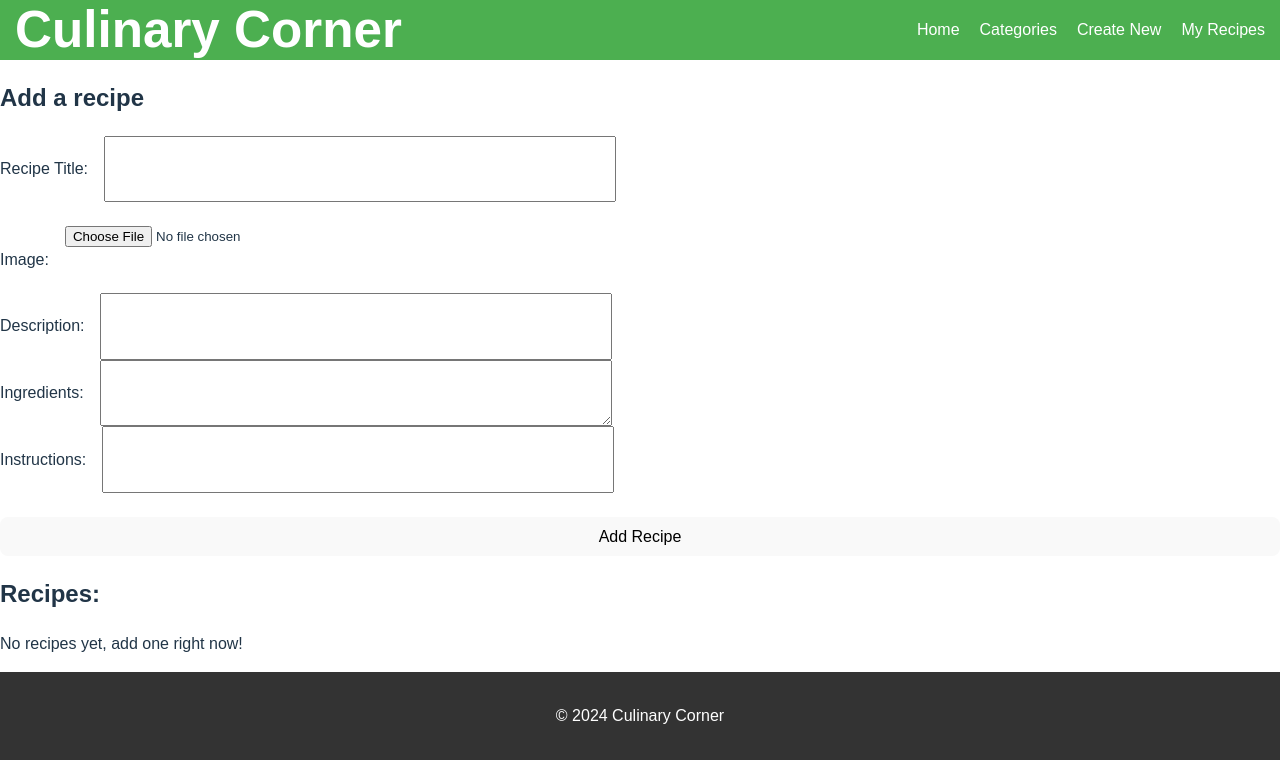
Repository: danielder10/Mon-Jumi-Daniel-FrontEnd-Project
Page: /add-new-recipe
The author's editor kept a copy of each file at every save. The page is drawn from the files as they stood at one save, then again after the next save.
The browser window is 1280 px wide. The pictures show the whole page.
The project was rebuilt for these pictures with package versions that can differ from the ones it lists, and the page was loaded fresh each time. Also part of the build but not shown: vite.config.js, src/Home.jsx, src/Categories.jsx, src/MyRecipes.jsx, src/RecipesDetails.jsx.

Above is the page before, as saved 2024-11-16 01:19:21.

### src/App.jsx
import React, { useState } from 'react';
import { BrowserRouter as Router, Routes, Route } from 'react-router-dom';
import Header from './Header';
import Home, { recipes } from './Home';
import Categories from './Categories';
import MyRecipes from './MyRecipes';
import Footer from './Footer';
import './App.css';
import RecipesDetails from './RecipesDetails';
import AddNewRecipe from './AddNewRecipe';

function App() {
  const [myRecipes, setMyRecipes] = useState([]);

  const addRecipeToMyRecipes = (recipe) => {
    setMyRecipes((prevRecipes) => [...prevRecipes, recipe]);
  };

  const removeRecipeFromMyRecipes = (index) => {
    setMyRecipes((prevRecipes) => prevRecipes.filter((_, i) => i !== index));
  };

  return (
    <Router>
      <div className="App">
        <Header />
        <Routes>
          <Route path="/" element={<Home addRecipeToMyRecipes={addRecipeToMyRecipes} />} />
          <Route path="/categories" element={<Categories />} />
          <Route
            path="/my-recipes"
            element={<MyRecipes myRecipes={myRecipes} removeRecipeFromMyRecipes={removeRecipeFromMyRecipes} />}
          />
          <Route path="/recipe/:id" element={<RecipesDetails recipes={recipes} />} />
          <Route path="/add-new-recipe" element={<AddNewRecipe />} />
        </Routes>
        <Footer />
      </div>
    </Router>
  );
}

export default App;

### src/Header.jsx
import React from 'react';
import { Link } from 'react-router-dom';

function Header() {
  return (
    <header className="header">
      <h1 className="logo">Culinary Corner</h1>
      <nav>
        <ul className="nav-list">
          <li className="nav-item"><Link to="/">Home</Link></li>
          <li className="nav-item"><Link to="/categories">Categories</Link></li>
          <li className="nav-item"><Link to="/add-new-recipe">Create New</Link></li>
          <li className="nav-item"><Link to="/my-recipes">My Recipes</Link></li>
        </ul>
      </nav>
    </header>
  );
}

export default Header;

### src/Footer.jsx
import React from 'react';

function Footer() {
  return (
    <footer>
      <p>&copy; 2024 Culinary Corner</p>
    </footer>
  );
}

export default Footer;

### src/App.css
* {
  box-sizing: border-box;
}

body {
  margin: 0;
  font-family: Arial, sans-serif;
}

.App {
  display: flex;
  flex-direction: column;
  height: 100vh;
  width: 100vw;

}

.header {
  background-color: #4CAF50;
  color: white;
  padding: 15px;
  display: flex;
  justify-content: space-between;
  align-items: center;
  min-height: 60px;
  z-index: 10;
}

.logo {
  margin: 0;
}

.nav-list {
  list-style-type: none;
  margin: 0;
  padding: 0;
  display: flex;
}

.nav-item {
  margin-left: 20px;
}

.nav-item a {
  color: white;
  text-decoration: none;
  transition: color 0.3s;
}

.nav-item a:hover {
  color: #FFC107;
}

.recipe-list {
  display: flex;
  flex-wrap: wrap;
}

.recipe-item {
  margin: 1rem;
  padding: 1rem;
  border: 1px solid #ddd;
}

footer {
  background-color: #333;
  color: white;
  text-align: center;
  padding: 1rem;
  position: relative;
  width: 100%;
  bottom: 0;
}

.btn-forward {
  background-color: purple;
}

.card-btn {
  display: flex;
  gap: 4rem;
}

/****** Add new recipe ******/
.add-recipe-form {
  display: flex;
  flex-direction: column;
  flex-wrap: wrap;
}

.input-field {
  display: flex;
  flex-direction: row;
  align-items: center;

  gap: 1em;
}

.input-field input, textarea {
  width: 40%;
  height: 5em;
}

### src/AddNewRecipe.jsx
import React from 'react';
import { useState } from 'react';
import AddRecipeForm from './components/AddRecipeForm';
import './App.css';

export default function AddNewRecipe() {
    const [recipes, setRecipes] = useState([]);

    const handleAddRecipe = (newRecipe) => {
        setRecipes([...recipes, newRecipe]);
    };

  return (
    <>
        <div>
            <AddRecipeForm onAddRecipe={handleAddRecipe} />
            <div>
                <h2>Recipes:</h2>
                {recipes.length === 0 ? (
                    <p>No recipes yet, add one right now!</p>
                ) : (
                    recipes.map((recipe, index) => (
                        <div key={index} className="add-recipe-container">
                            <h3>{recipe.title}</h3>
                            <img
                                src={URL.createObjectURL(recipe.img)}
                                alt={recipe.title}
                                style={{ width: "150px", height: "150px", objectFit: "cover" }}
                            />
                            <p><strong>Description:</strong> {recipe.description}</p>
                            <p><strong>Ingredients:</strong> {recipe.ingredients}</p>
                            <p><strong>Instructions:</strong> {recipe.instruction}</p>
                        </div>
                    ))
                )}
            </div>
        </div>
    </>
  );
};

### src/components/AddRecipeForm.jsx
import { useState } from "react";
import '../App.css';

export default function AddRecipeForm( {onAddRecipe} ) {
    // form input state
    const [title, setTitle] = useState();
    const [img, setImg] = useState();
    const [description, setDescription] = useState();
    const [ingredients, setIngredients] = useState();
    const [instruction, setInstruction] = useState();

    // submit handler
    const handleSubmit = (e) => {
        e.preventDefault(); // prevent page refresh

        if (!title || !ingredients || !instruction || !description) {
            alert("All fields except image are required");
            return;
        }

        // create new recipe object
        const newRecipe = {title, img, description, ingredients, instruction};

        // send new recipe
        onAddRecipe(newRecipe);

        setTitle("");
        setImg(null);
        setDescription("");
        setIngredients("");
        setInstruction("")
    };

    return (
        <>
            <form onSubmit={handleSubmit} className="add-recipe-form">
                <h2>Add a recipe</h2>
                <label className="input-field">
                    Recipe Title:
                    <input
                        type="text"
                        value={title}
                        onChange={(e) => setTitle(e.target.value)}
                        required
                    />
                </label>
                <br/>
                <label className="input-field">
                    Image:
                    <input
                        type="file"
                        onChange={(e) => setImg(e.target.files[0])}
                        accept="image/*"
                    />
                </label>
                <label className="input-field">
                    Description:
                    <input
                        type="text"
                        value={description}
                        onChange={(e) => setDescription(e.target.value)}
                        required
                    />
                </label>
                <label className="input-field">
                    Ingredients:
                    <textarea
                        value={ingredients}
                        onChange={(e) => setIngredients(e.target.value)}
                        required
                    />
                </label>
                <label className="input-field">
                    Instructions:
                    <input
                        value={instruction}
                        onChange={(e) => setInstruction(e.target.value)}
                        required
                    />
                </label>
                <br/>
                <button type="submit">Add Recipe</button>
            </form>
        </>
    )
}

Loaded but not shown: index.html (common file); src/main.jsx (common file); src/index.css (common file)

After the next save:
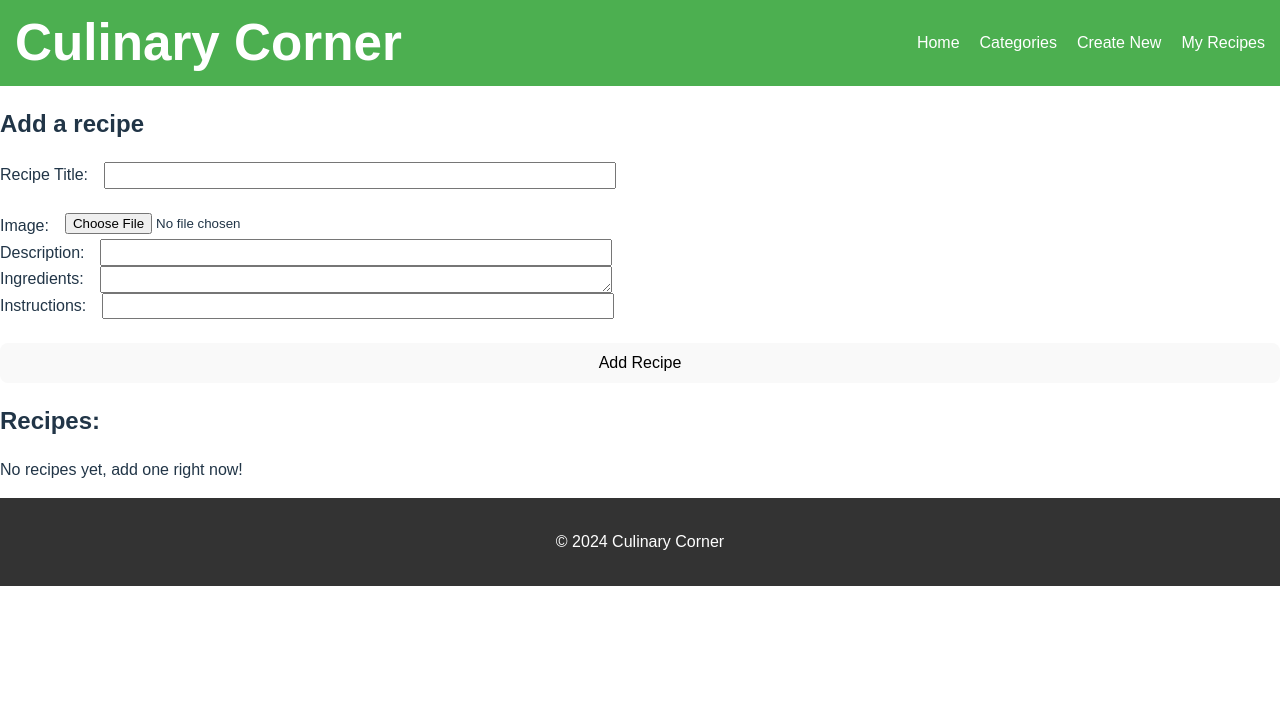
Saved 6 s later.
--- a/src/App.css
+++ b/src/App.css
@@ -98,5 +98,5 @@ footer {
 
 .input-field input, textarea {
   width: 40%;
-  height: 5em;
+  height: 2em;
 }
